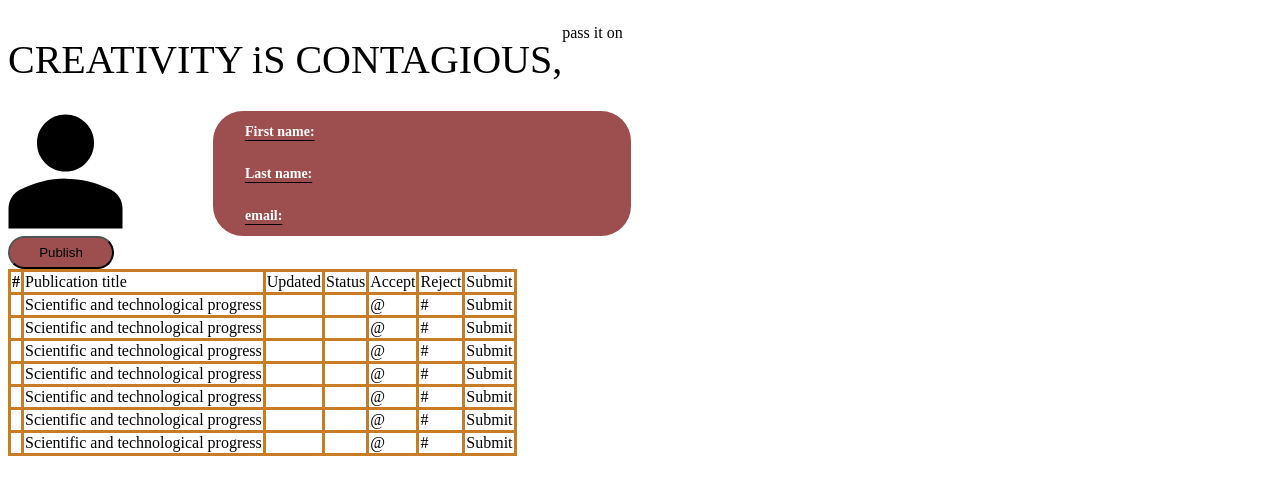
Repository: ceo-of-albeni/articles
Page: /
The author's editor kept a copy of each file at every save. The page is drawn from the files as they stood at one save, then again after the next save.
The browser window is 1280 px wide. The pictures show the whole page.
The project was rebuilt for these pictures with package versions that can differ from the ones it lists, and the page was loaded fresh each time.

Above is the page before, as saved 2023-05-10 23:43:10.

After the next save:
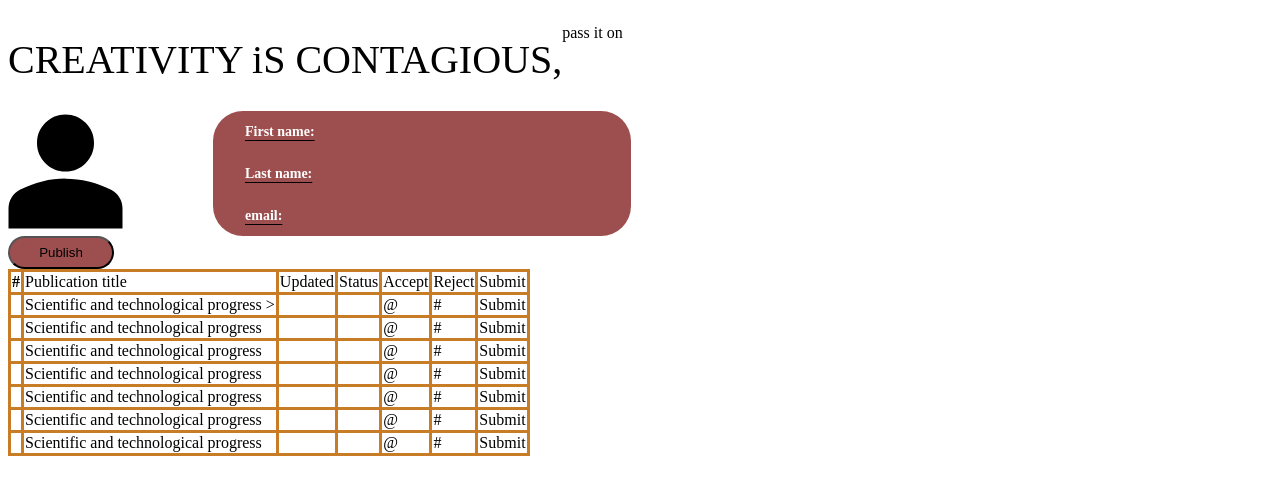
Saved 30 s later.
--- a/src/reviewer's profil/reveiwer.jsx
+++ b/src/reviewer's profil/reveiwer.jsx
@@ -37,7 +37,7 @@
                         </tr>
                         <tr>
                             <td></td>
-                            <td>Scientific and technological progress</td>
+                            <td>Scientific and technological progress ></td>
                             <td></td>
                             <td></td>
                             <td>@</td>

After the save that followed:
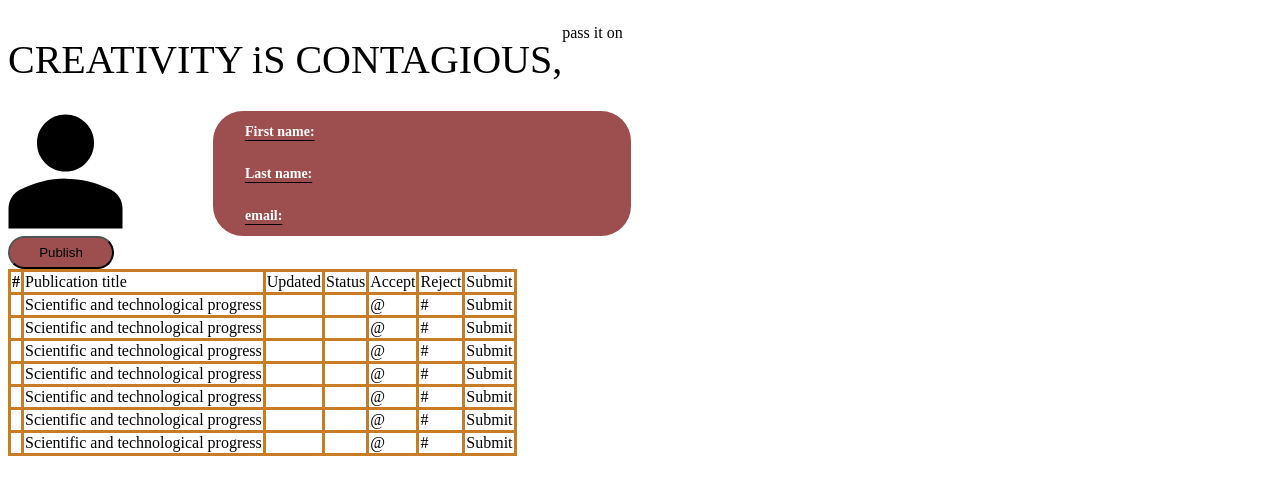
Saved 9 s later.
--- a/src/reviewer's profil/reveiwer.jsx
+++ b/src/reviewer's profil/reveiwer.jsx
@@ -37,7 +37,7 @@
                         </tr>
                         <tr>
                             <td></td>
-                            <td>Scientific and technological progress ></td>
+                            <td>Scientific and technological progress</td>
                             <td></td>
                             <td></td>
                             <td>@</td>
